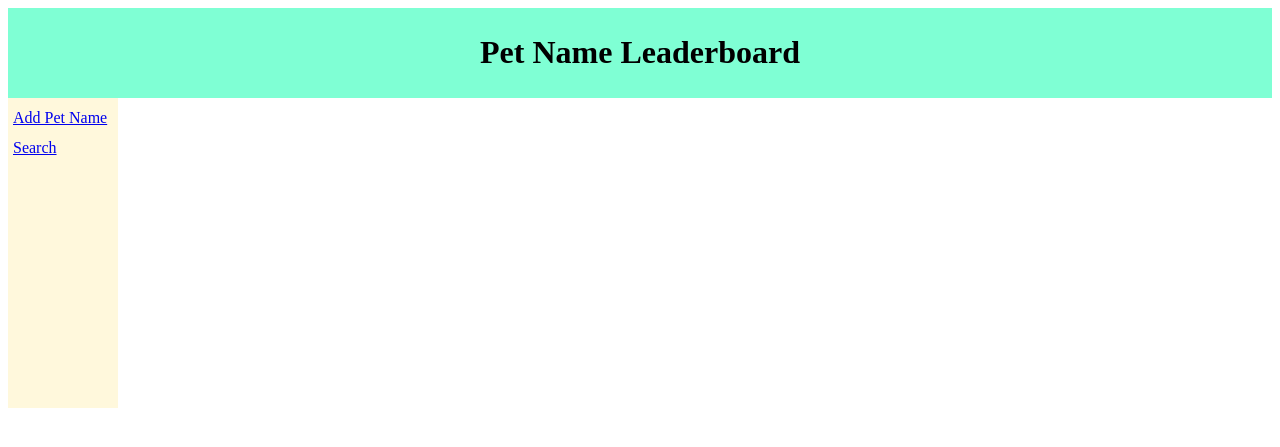
Repository: mutterbucket/TriplettTermProject4830
Page: workspaceCSCI4830-tech-excercise-Triplett/techExcerciseTriplett/WebContent/leaderboard.html
An editor plug-in stored every save of this project. The page is shown before and after the next save, followed by the edit.
The browser window is 1280 px wide. The pictures show the whole page.

Above is the page before, as saved 2020-02-21 23:02:29.

### workspaceCSCI4830-tech-excercise-Triplett/techExcerciseTriplett/WebContent/leaderboard.html
<!DOCTYPE html>
<html>
<head>
<meta charset="ISO-8859-1">
<style type="text/css">
header {
    background-color:aquamarine;
    color: black;
    text-align: center;
    padding: 5px;
}
nav {
    line-height:30px;
    background-color:cornsilk;
    height:300px;
    width:100px;
    float:left;
    padding:5px;
}
section {
    width:350px;
    float:left;
    padding:10px;
}
footer {
    background-color:19FFBD;
    color:black;
    clear:both;
    text-align:center;
    padding:5px;
}
</style>
</head>
<body>
<header>
<h1>Pet Name Leaderboard</h1>
</header>

<nav>
<a href="/techExcerciseTriplett/add_name.html">Add Pet Name</a> <br>
<a href="/techExcerciseTriplett/home_search.html">Search</a> <br>
</nav>

</body>
</html>

After the next save:
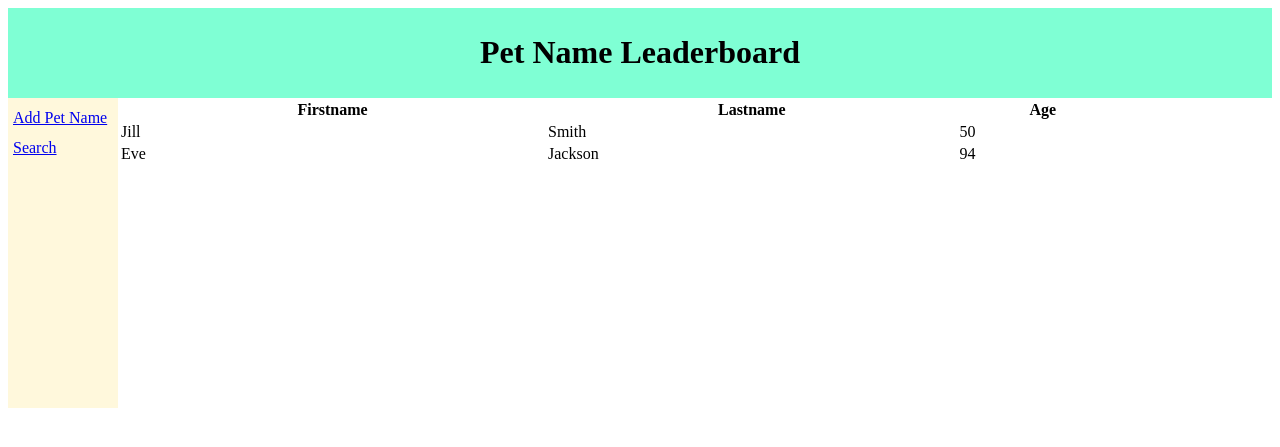
Saved 4 min 23 s later.
--- a/workspaceCSCI4830-tech-excercise-Triplett/techExcerciseTriplett/WebContent/leaderboard.html
+++ b/workspaceCSCI4830-tech-excercise-Triplett/techExcerciseTriplett/WebContent/leaderboard.html
@@ -41,5 +41,23 @@ footer {
 <a href="/techExcerciseTriplett/home_search.html">Search</a> <br>
 </nav>
 
+<table style="width:80%">
+  <tr>
+    <th>Firstname</th>
+    <th>Lastname</th>
+    <th>Age</th>
+  </tr>
+  <tr>
+    <td>Jill</td>
+    <td>Smith</td>
+    <td>50</td>
+  </tr>
+  <tr>
+    <td>Eve</td>
+    <td>Jackson</td>
+    <td>94</td>
+  </tr>
+</table>
+
 </body>
 </html>
